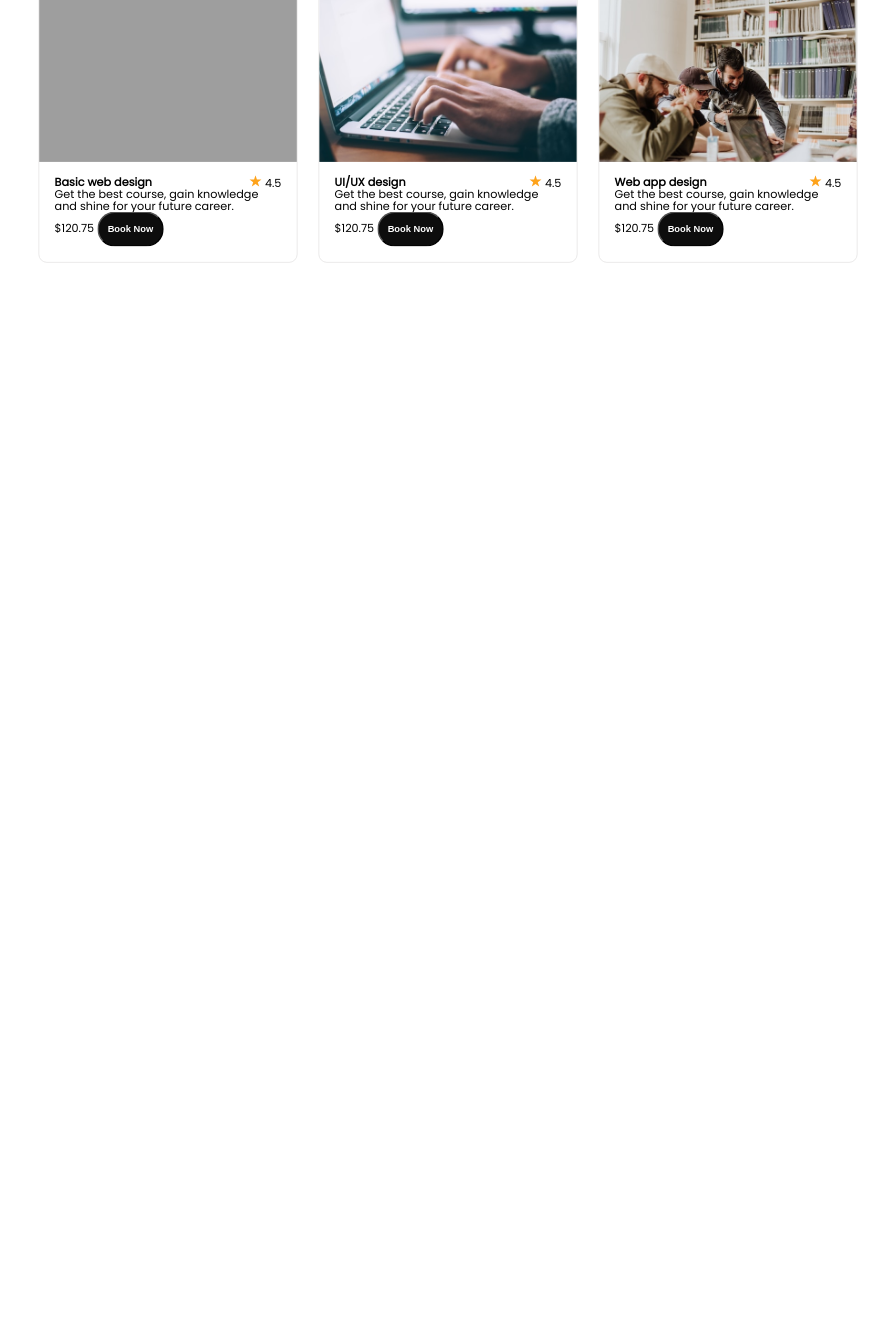
Repository: nguyendonghieu1011-png/figma-to-html1
Page: index.html
The author's editor kept a copy of each file at every save. The page is drawn from the files as they stood at one save, then again after the next save.
The browser window is 1280 px wide. The pictures show the part of the page from y = 1325 to 3245 px (the page is 10000 px tall before and 12946 px after), at 70% of full size.
Pictures or frames that could not be fetched are drawn as grey boxes. A picture or video elsewhere on the page could not be fetched, so the positions and the page height are approximate. Some web fonts or font styles are not loaded; a fallback is used. Some web libraries are served in a nearby version.

Above is the page before, as saved 2026-01-02 17:44:16.

After the next save:
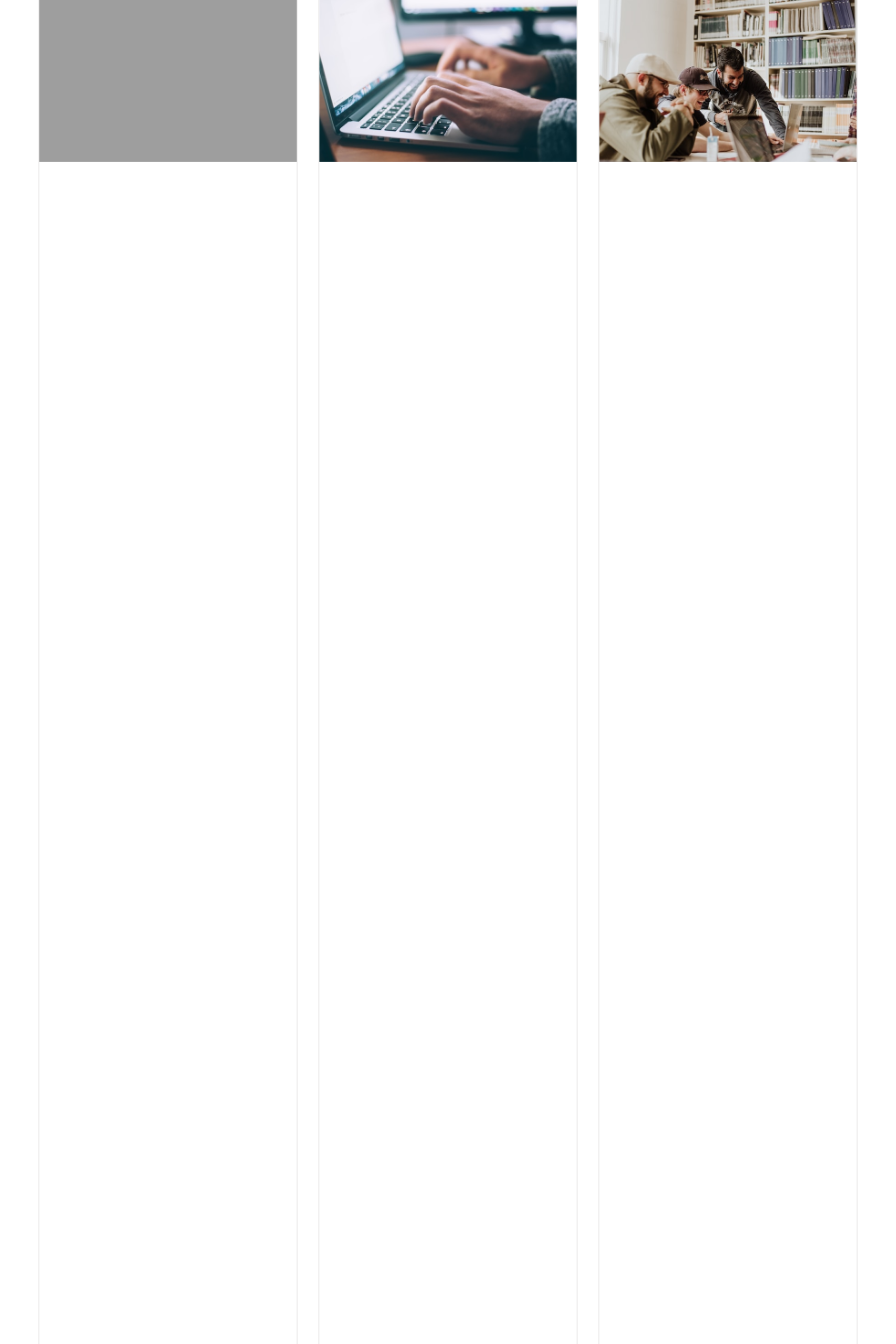
Saved 14 s later.
--- a/assets/css/style.css
+++ b/assets/css/style.css
@@ -358,4 +358,5 @@
 .popular .course-item .title {
   font-style: 1.8rem;
   font-weight: 600;
-}
+  line-height: 700;
+}

After the save that followed:
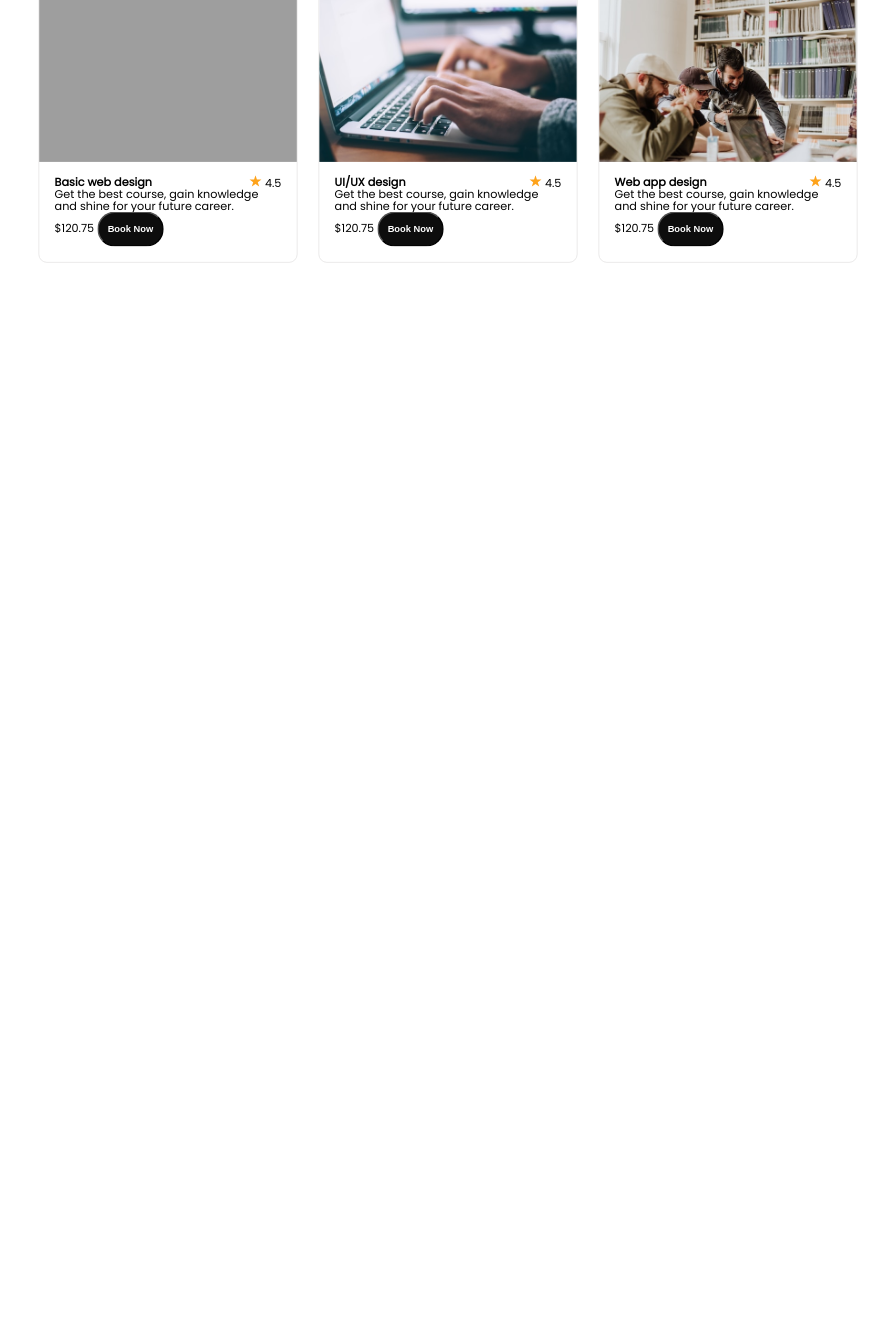
Saved 8 s later.
--- a/assets/css/style.css
+++ b/assets/css/style.css
@@ -358,5 +358,5 @@
 .popular .course-item .title {
   font-style: 1.8rem;
   font-weight: 600;
-  line-height: 700;
-}
+  line-height: 20px;
+}
